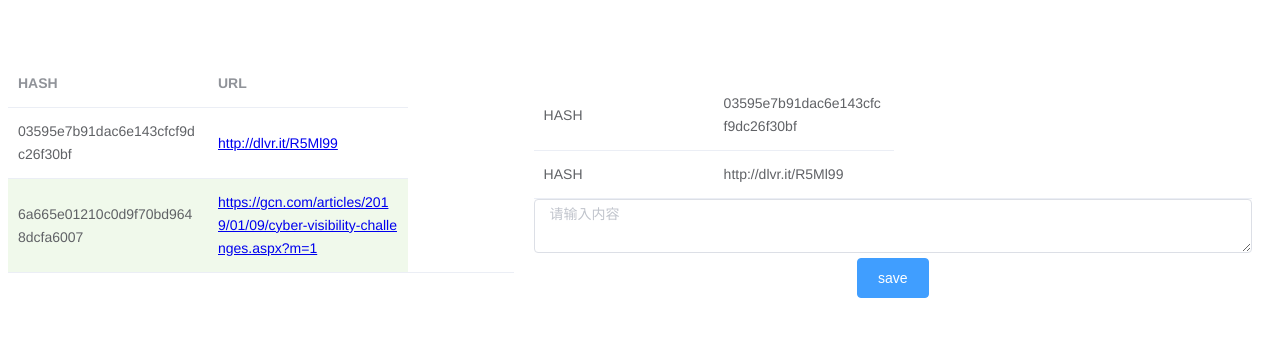
Repository: NicoleGX/TI
Page: /
The author's editor kept a copy of each file at every save. The page is drawn from the files as they stood at one save, then again after the next save.
The browser window is 1280 px wide. The pictures show the whole page.
The project was rebuilt for these pictures with package versions that can differ from the ones it lists, and the page was loaded fresh each time.

Above is the page before, as saved 2019-05-28 20:09:40.

After the next save:
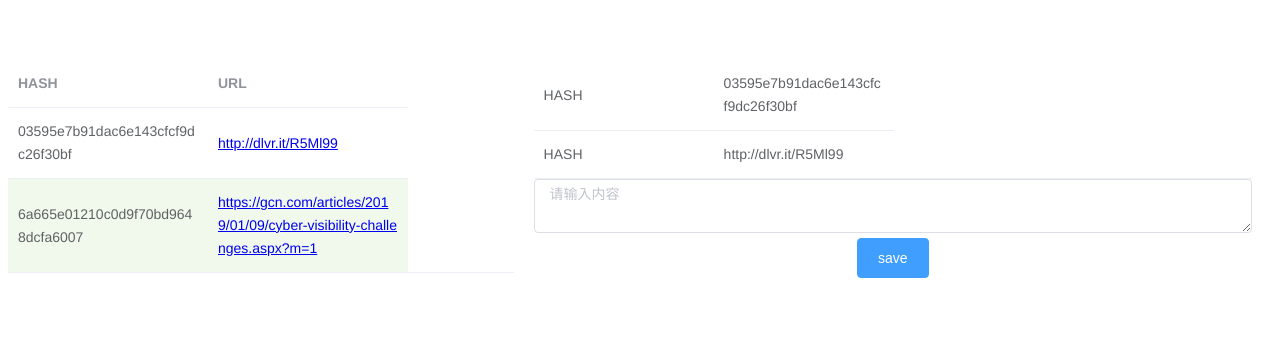
Saved 24 s later.
--- a/src/views/TextClassification.vue
+++ b/src/views/TextClassification.vue
@@ -22,7 +22,7 @@
         </el-table-column>
       </el-table>
     </el-aside>
-    <el-main style="width: 60%;">
+    <el-main style="width: 60%;padding-top: 0;padding-bottom: 0;">
       <el-table
         :data="formData"
         :show-header="false"
